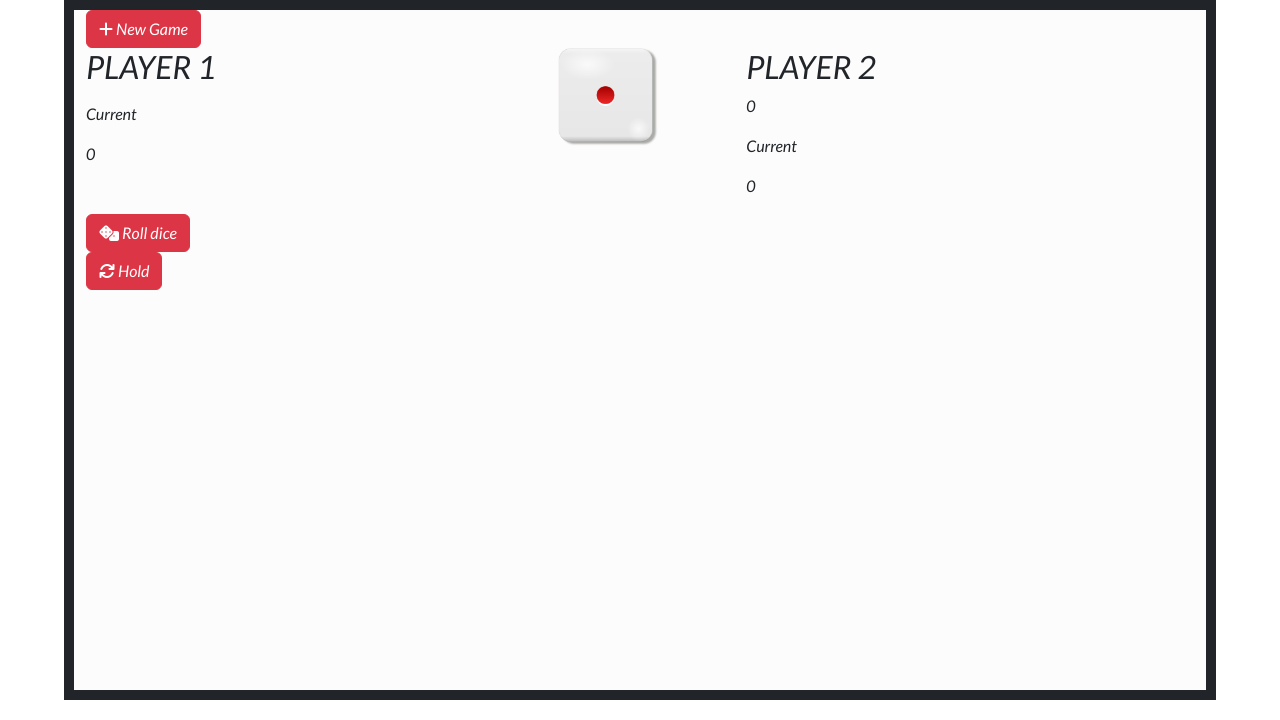
Repository: haifabilel/Eval_JAVASCRIPT
Page: index.html
The author's editor kept a copy of each file at every save. The page is drawn from the files as they stood at one save, then again after the next save.
The browser window is 1280 px wide. The pictures show the whole page.
Some web libraries are served in a nearby version.

Above is the page before, as saved 2023-06-02 17:55:42.

After the next save:
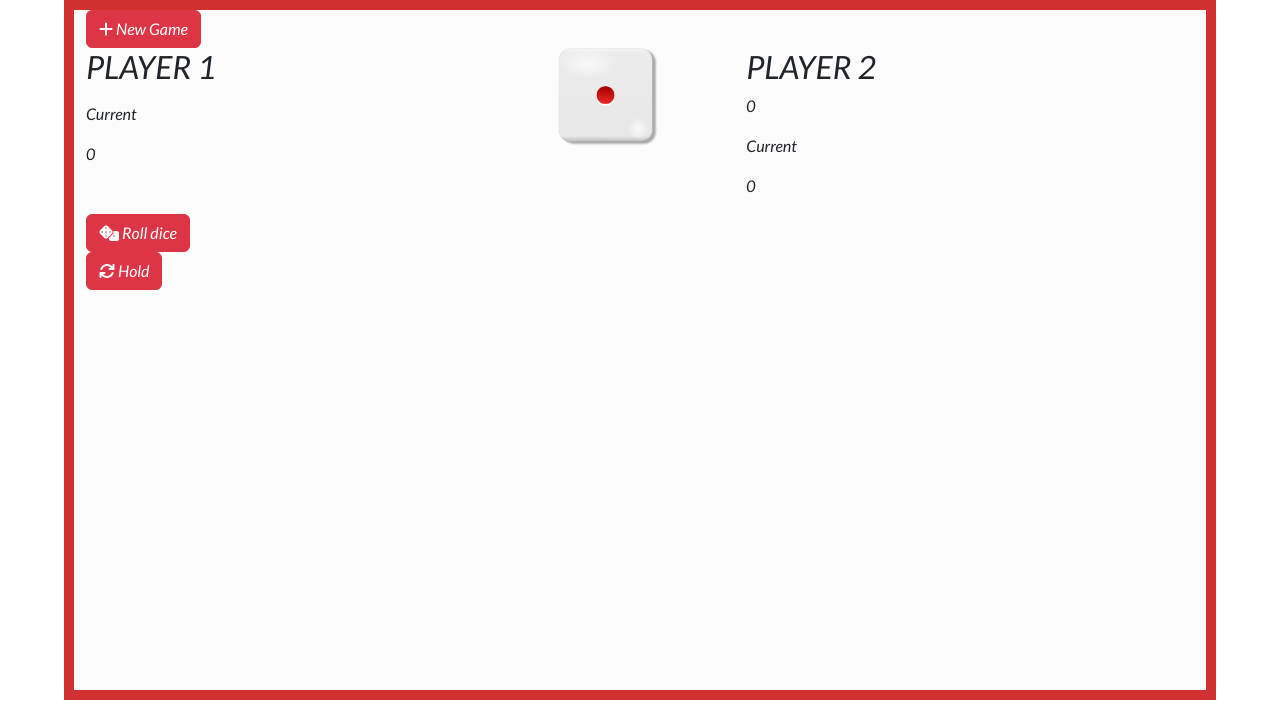
Saved 10 s later.
--- a/style.css
+++ b/style.css
@@ -7,5 +7,5 @@
     background-color: #fdfcfc;
     width:90%;
     height: 700px;
-    border: 10px solid
+    border: 10px solid  #d13131;
 }
